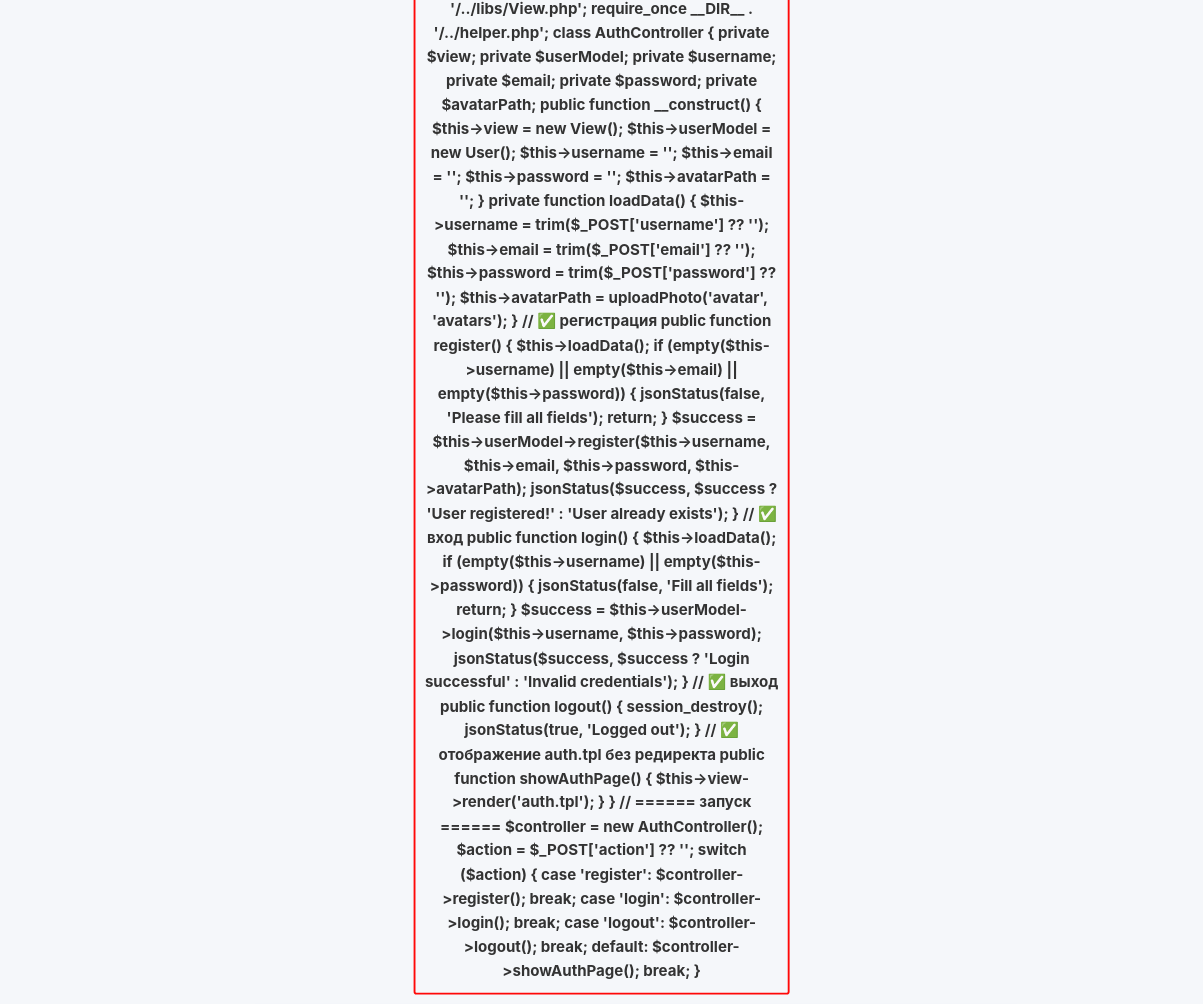
Repository: ArturSahakyan124/catalog_2
Page: http://localhost/views/auth/login.php
These files come from the project's save history. The page is drawn as it stood at one moment and after the next save; the edit follows.
The browser window is 1280 px wide. The pictures show the whole page, at 94% of full size.
Empty fields were first filled with sample values (such as "Sample", 5 or name@example.com).
After loading, the first visible `button.login-btn` was clicked once.
The page is run by PHP 8.4 with error messages shown; the project is at /var/www/html/.

Above is the page before, as saved 2025-11-13 22:56:21.

After the next save:
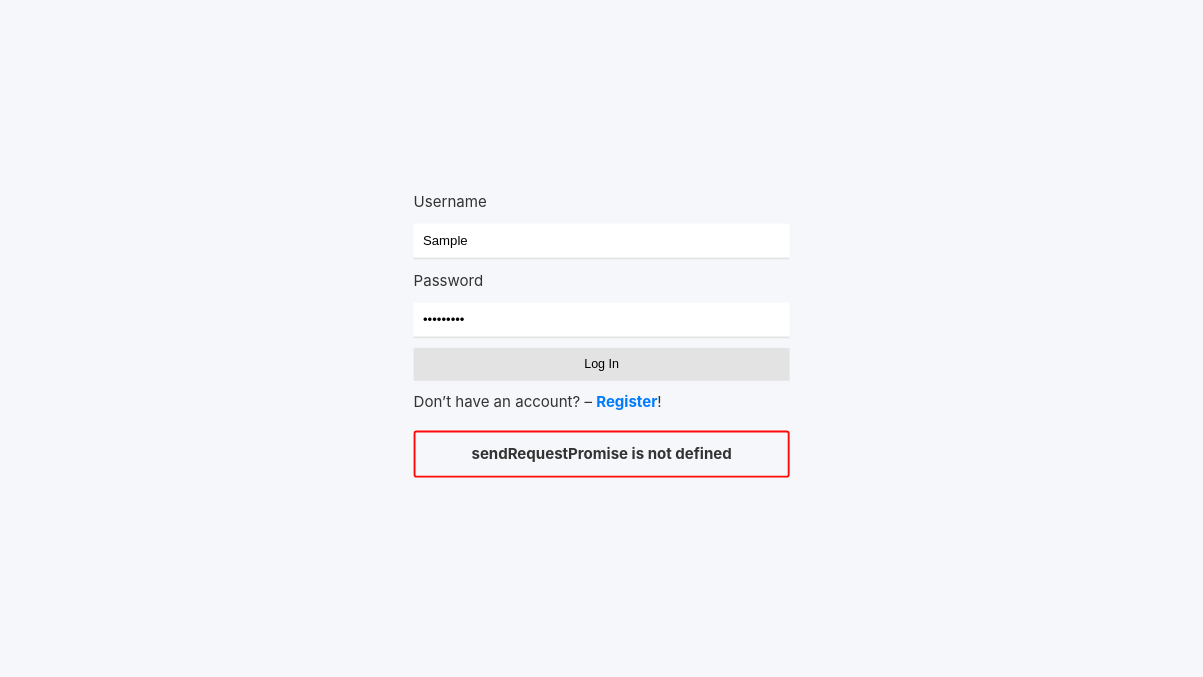
Saved 2 min 1 s later.
--- a/assets/js/main.js
+++ b/assets/js/main.js
@@ -1,32 +1,3 @@
-function sendRequestPromise(url, method, data) {
-    return new Promise((resolve, reject) => {
-        const isFormData = data instanceof FormData;
-
-        $.ajax({
-            url,
-            type: method,
-            data,
-            dataType: 'json',
-            processData: !isFormData,
-            contentType: !isFormData ? 'application/x-www-form-urlencoded; charset=UTF-8' : false,
-            cache: false,
-            success: function (response) {
-                console.log("AJAX response:", response);
-
-                if (response.success) {
-                    resolve(response);
-                } else {
-                    reject(new Error(response.message || 'Unknown error'));
-                }
-            },
-            error: function (xhr) {
-                console.error("AJAX failed:", xhr);
-                reject(new Error(xhr.responseText || 'Request failed'));
-            }
-        });
-    });
-}
-
 // LOGIN
 function login() {
     $('.login-btn').click(async function (e) {
@@ -43,10 +14,9 @@ function login() {
         const data = { action: 'login', login, password };
 
         try {
-            const response = await sendRequestPromise(' AuthController.php', 'POST', data);
+            await sendRequestPromise('../AuthController.php', 'POST', data);
             document.location.href = '../CarController.php';
         } catch (err) {
-            console.error('Login error:', err);
             $('.msg').removeClass('none').text(err.message || 'Login failed');
         }
     });
@@ -61,10 +31,9 @@ function register() {
         formData.append('action', 'register');
 
         try {
-            const response = await sendRequestPromise('../AuthController.php', 'POST', formData);
+            await sendRequestPromise('../AuthController.php', 'POST', formData);
             document.location.href = '../AuthController.php';
         } catch (err) {
-            console.error('Register error:', err);
             $('.msg').removeClass('none').text(err.message || 'Registration failed');
         }
     });
